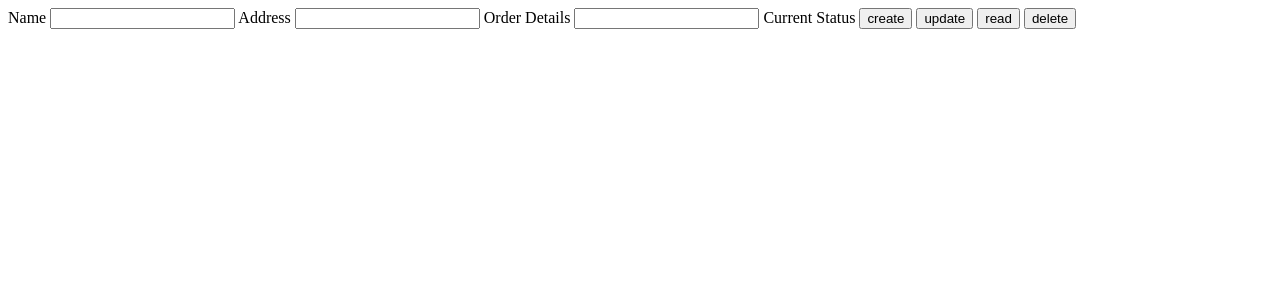
Repository: dhanasekar13/servlet
Page: shoopingjs/war/firstf1.html
These files come from the project's save history. The page is drawn as it stood at one moment and after the next save; the edit follows.
The browser window is 1280 px wide. The pictures show the whole page.

Above is the page before, as saved 2017-05-11 10:59:58.

After the next save:
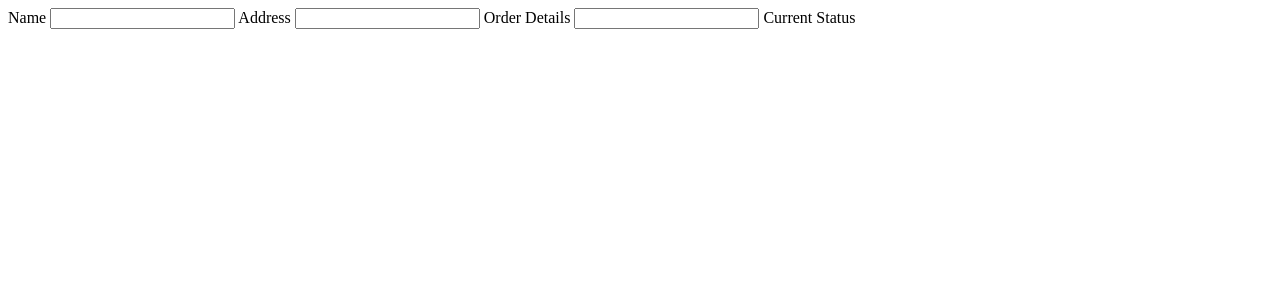
Saved 23 min 14 s later.
--- a/shoopingjs/war/firstf1.html
+++ b/shoopingjs/war/firstf1.html
@@ -15,10 +15,10 @@
 <input id="a3" name="b3" type="text">
 <label>Current Status</label>
 
-<input id="a5" type="button" value="create">
-<input id="a5" type="button" value="update">
-<input id="a5" type="button" value="read">
-<input id="a5" type="button" value="delete">
+<a id="a5" href="shoopingjs" ></a>
+<a id="a5" href="shoopingjs"></a>
+<a id="a5" href="shoopingjs"></a>
+<a id="a5"  href="shoopingjs"></a>
 
 </form>
 </body>
